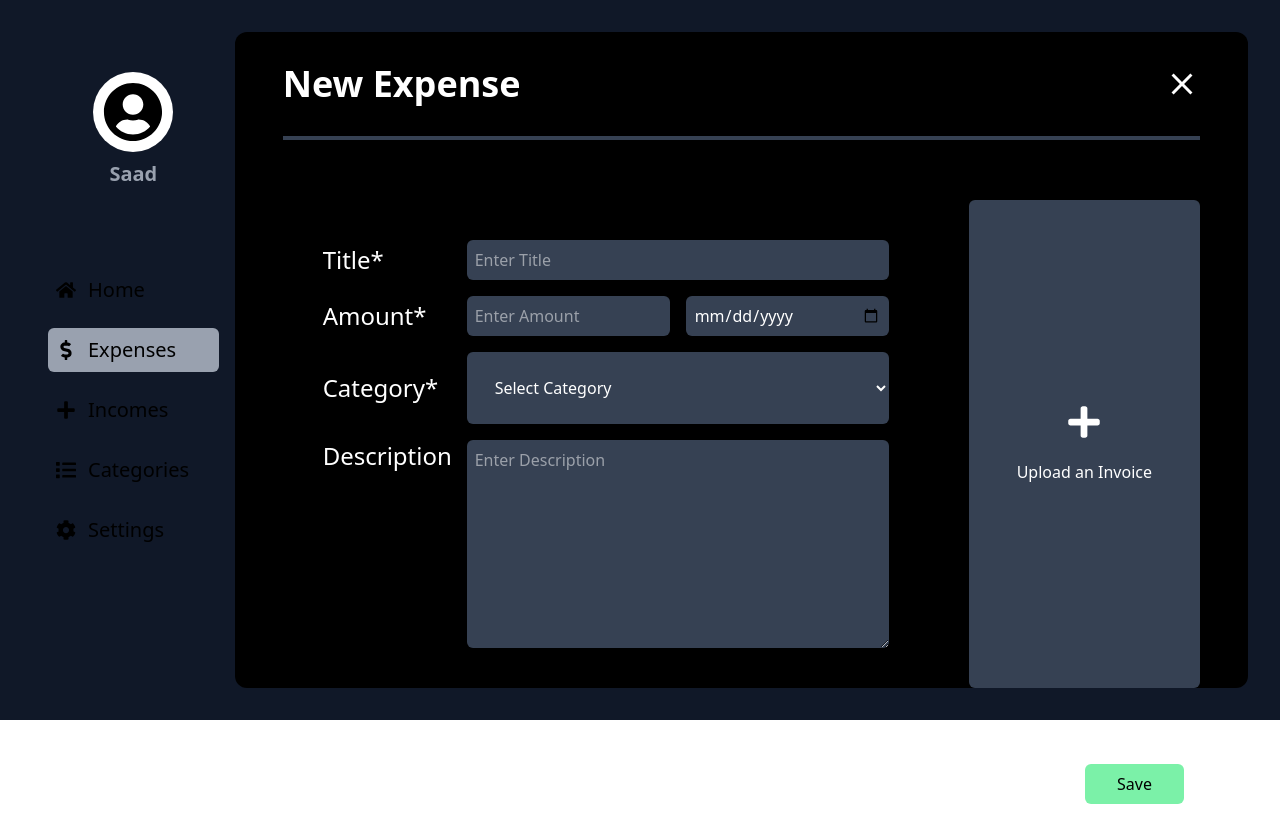
Repository: saad-naveed-brainx/Expense
Page: /expenses
The author's editor kept a copy of each file at every save. The page is drawn from the files as they stood at one save, then again after the next save.
The browser window is 1280 px wide. The pictures show the whole page.
The project was rebuilt for these pictures with package versions that can differ from the ones it lists, and the page was loaded fresh each time. Also part of the build but not shown: vite.config.js, src/components/LandingPage.jsx, src/components/NotUsed.jsx.

Above is the page before, as saved 2025-09-04 17:37:37.

### index.html
<!doctype html>
<html lang="en">
  <head>
    <meta charset="UTF-8" />
    <link rel="icon" type="image/svg+xml" href="/vite.svg" />
    <link rel="stylesheet" href="/src/index.css" />
    <meta name="viewport" content="width=device-width, initial-scale=1.0" />
    <title>Vite + React</title>
  </head>
  <body>
    <div id="root"></div>
    <script type="module" src="/src/main.jsx"></script>
  </body>
</html>

### src/index.css
@import "tailwindcss";
@variant dark (.dark &);

### src/main.jsx
import { createRoot } from "react-dom/client";
import { Provider } from "react-redux";
import store from "./redux/store.js";
import "./index.css";
import App from "./App.jsx";

createRoot(document.getElementById("root")).render(

    <Provider store={store}>
      <App />
    </Provider>
);

### src/redux/store.js
import {configureStore} from '@reduxjs/toolkit'
import expenseReducer from './ExpenseSlice'
import themeReducer from './ThemeSlics'

export default configureStore({
    reducer: {
        expense: expenseReducer,
        theme: themeReducer,
    },
})

### src/App.jsx

import { Route,createBrowserRouter,createRoutesFromElements,RouterProvider } from 'react-router-dom'
import RootLayout from './components/RootLayout'
import LandingPage from './components/LandingPage'
import Expenses from './components/Expenses'
import NotUsed from './components/NotUsed'

function App() {

  const router = createBrowserRouter(
    createRoutesFromElements(
      <Route path='/' element={<RootLayout />}>
        <Route index element={<LandingPage />} />
        <Route path='/expenses' element={<Expenses />} />
        <Route path='/incomes' element={<NotUsed pageName="Incomes" />} />
        <Route path='/categories' element={<NotUsed pageName="Categories" />} />
        <Route path='/settings' element={<NotUsed pageName="Settings" />} />
      </Route>
    )
  )

  return (
    <RouterProvider router={router} />
  )
}

export default App

### src/redux/ExpenseSlice.js
import {createSlice } from '@reduxjs/toolkit'
import { v4 as uuidv4 } from 'uuid'


const initialState = {
    expenses: [{
        id: uuidv4(),
        amount: 0,
        date: null,
        category: '',
        description: '',
    }],
}


const expenseSlice = createSlice({
    name: 'expenseSlice',
    initialState,
    reducers:{
        addExpense: (state, action) =>{
            const newExpense = {
                id: uuidv4(),
                amount: action.payload.amount,
                date: new Date().toISOString(),
                category: action.payload.category,
                description: action.payload.description,
                title: '',
            }
            state.expenses.push(newExpense)
        },
        deleteExpense: (state, action) =>{
            state.expenses = state.expenses.filter(expense => expense.id !== action.payload.id)
            },
        editExpense: (state, action) =>{
            const index = state.expenses.findIndex(expense => expense.id === action.payload.id)
            if(index !== -1){
                state.expenses[index] = action.payload
            }
        },
    }
})

export const { addExpense, deleteExpense, editExpense } = expenseSlice.actions
export default expenseSlice.reducer

### src/redux/ThemeSlics.js
import { createSlice } from '@reduxjs/toolkit'

const initialState = {
    isDarkMode: localStorage.getItem('isDarkMode')? JSON.parse(localStorage.getItem('isDarkMode')):true,
}

const themeSlice = createSlice({
    name: 'themeSlice',
    initialState,
    reducers: {
        toggleTheme: (state) => {
            state.isDarkMode = !state.isDarkMode;
            localStorage.setItem('isDarkMode', JSON.stringify(state.isDarkMode));
        }
    }
})

export const { toggleTheme } = themeSlice.actions;

export default themeSlice.reducer;

### src/components/RootLayout.jsx
import React from 'react'
import LeftSection from './LeftSection'

import { Outlet } from 'react-router-dom'

export default function RootLayout() {
  return (
    <div className="flex w-full h-screen p-8 bg-gray-900">
      <div className="w-1/6">
        <LeftSection />
      </div>
      <div className="w-5/6"> <Outlet /></div>
    </div>
  );
}

### src/components/Expenses.jsx
import React from 'react'
import { IoMdClose } from "react-icons/io";
import { FaPlus } from "react-icons/fa";
import { useForm } from "react-hook-form"

export default function Expenses() {
  const {
    register,
    handleSubmit,
    watch,
    formState: { errors },
  } = useForm()

  const onSubmit = (data) => console.log(data)


  return (
    <div className='bg-black rounded-xl p-4 h-full flex flex-col py-8 px-12 text-white gap-15'>
      <div className='flex flex-col gap-8'>
      <div className='flex items-center justify-between'>
        <h1 className='text-white text-4xl font-bold'>New Expense</h1>
        <button className='text-white'>
          <IoMdClose className='text-4xl' />
        </button>
      </div>
      <div className='w-full h-1 bg-gray-700'></div>
      </div>
      <div className='flex items-center justify-evenly h-full gap-10'>
        <div className='w-full'>
          <form className='p-10 flex flex-col gap-4' onSubmit={handleSubmit(onSubmit)}>
            <div className='flex gap-4 items-center'>
              <h1 className='text-2xl w-32 shrink-0'>Title*</h1>
              <input type="text" placeholder='Enter Title' className='bg-gray-700 rounded-md p-2 flex-1 min-w-0' {...register("title", {required:true})} />
            </div>

            <div className='flex gap-4 items-center'>
              <h1 className='text-2xl w-32 shrink-0'>Amount*</h1>
              <input
                type="number"
                min={0}
                placeholder='Enter Amount'
                className='bg-gray-700 rounded-md p-2 flex-1 min-w-0 '
                {...register("amount", { required: true, min: 0, valueAsNumber: true })}
              />
              <input type="date"  placeholder='Select Date' className='bg-gray-700 rounded-md p-2 flex-1 min-w-0' {...register("date", {required:true})} />
            </div>
            <div className='flex gap-4 items-center'>
              <h1 className='text-2xl w-32 shrink-0'>Category*</h1>
              <select placeholder='Select Category' className='bg-gray-700 rounded-md p-6 flex-1 min-w-0' {...register("category", {required:true})}>
                <option className='text-gray-400' value="select">Select Category</option>
                <option value="food">Food</option>
                <option value="transport">Transport</option>
                <option value="housing">Housing</option>
                <option value="utilities">Utilities</option>
              </select>
            </div>
            <div className='flex gap-4 items-start'>
              <h1 className='text-2xl w-32 shrink-0'>Description</h1>
              <textarea rows="8" type="text" placeholder='Enter Description' className='bg-gray-700 rounded-md p-2 flex-1 min-w-0' {...register("description")} />
            </div>
          </form>
        </div>
        <div className='bg-gray-700 rounded-md p-2 h-full w-full flex flex-col gap-5 items-center justify-center cursor-pointer'>
          <FaPlus className='text-4xl' />
          <h1>Upload an Invoice</h1>
        </div>
      </div>

      <div className='flex items-center justify-end p-4'>
          <button type='submit' className='bg-green-300 rounded-md p-2 text-black px-8 py-2
          '>Save</button>
      </div>
    </div>

  )
}

### src/components/LeftSection.jsx
import React from "react";
import { FaUserCircle } from "react-icons/fa";
import NavCard from "./NavCard";
import { FaHome, FaDollarSign, FaPlus, FaList, FaCog } from "react-icons/fa";

const navJson = [
  {
    path: "/",
    title: "Home",
    icon: FaHome,
  },
  {
    path: "/expenses",
    title: "Expenses",
    icon: FaDollarSign,
  },
  {
    path: "/incomes",
    title: "Incomes",
    icon: FaPlus,
  },
  {
    path: "/categories",
    title: "Categories",
    icon: FaList,
  },
  {
    path: "/settings",
    title: "Settings",
    icon: FaCog,
  },
];

export default function LeftSection() {
  return (
    <div className="flex flex-col items-center justify-center p-4 pt-10 gap-20">
      <div className="flex flex-col items-center justify-center gap-2">
        <div className="rounded-full bg-white w-20 h-20 flex items-center justify-center">
          <FaUserCircle className="text-black text-6xl" />
        </div>
        <div className="text-gray-400 text-xl font-bold">Saad</div>
      </div>
      <div className="flex flex-col items-center justify-center gap-4 w-full">
        {navJson.map((item) => (
          <NavCard
            key={item.title}
            title={item.title}
            path={item.path}
            icon={item.icon}
          />
        ))}
      </div>
    </div>
  );
}

### src/components/NavCard.jsx
import React from "react";
import { NavLink } from "react-router-dom";

export default function NavCard({ title, icon: Icon, path }) {
    return (
        <NavLink
            to={path}
            className={({ isActive }) => `flex items-center justify-start cursor-pointer gap-3 p-2 rounded-md w-full ${isActive ? 'bg-gray-400' : ''}`}
        >
            {({ isActive }) => (
                <>
                    <Icon className={`text-black text-xl dark:text-white`} />
                    <h1 className={`text-black text-xl dark:text-white`}>{title}</h1>
                </>
            )}
        </NavLink>
    )
}

After the next save:
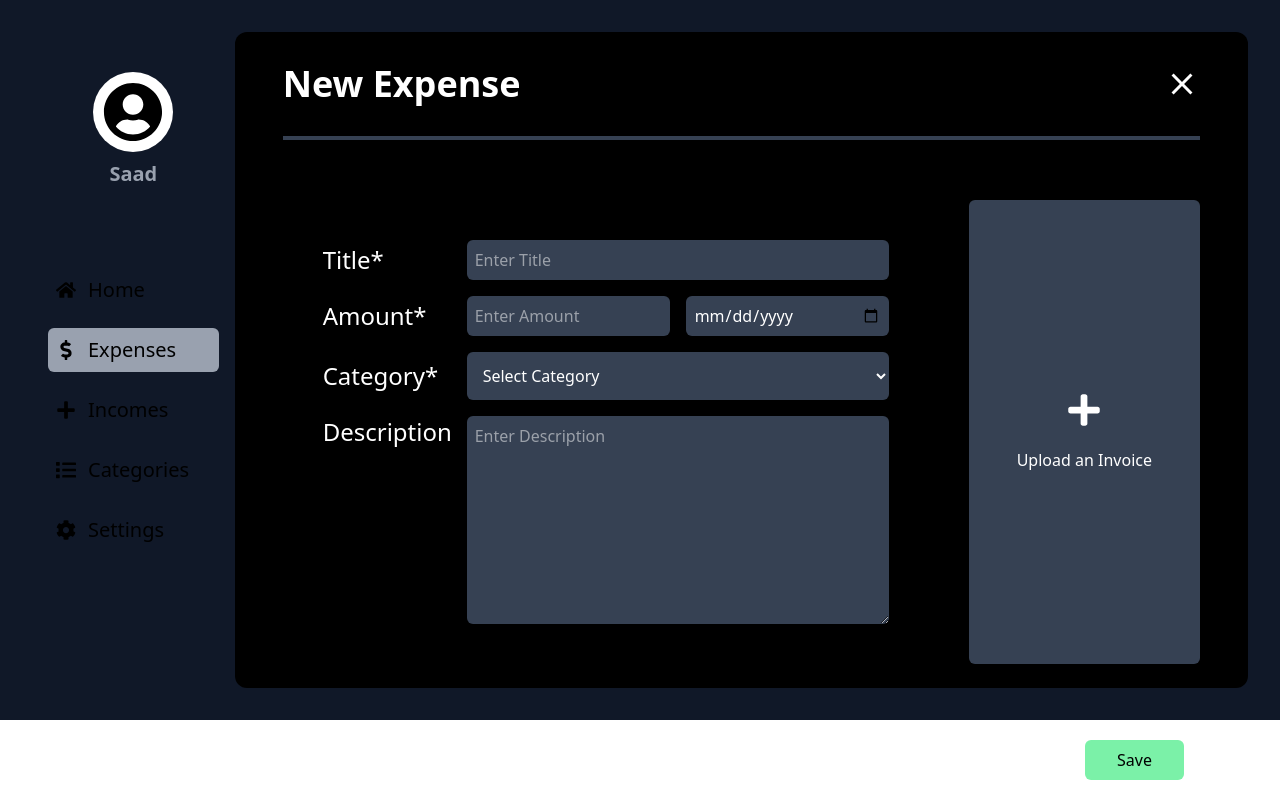
Saved 8 s later.
--- a/src/components/Expenses.jsx
+++ b/src/components/Expenses.jsx
@@ -46,7 +46,7 @@ export default function Expenses() {
             </div>
             <div className='flex gap-4 items-center'>
               <h1 className='text-2xl w-32 shrink-0'>Category*</h1>
-              <select placeholder='Select Category' className='bg-gray-700 rounded-md p-6 flex-1 min-w-0' {...register("category", {required:true})}>
+              <select placeholder='Select Category' className='bg-gray-700 rounded-md p-3 flex-1 min-w-0' {...register("category", {required:true})}>
                 <option className='text-gray-400' value="select">Select Category</option>
                 <option value="food">Food</option>
                 <option value="transport">Transport</option>
